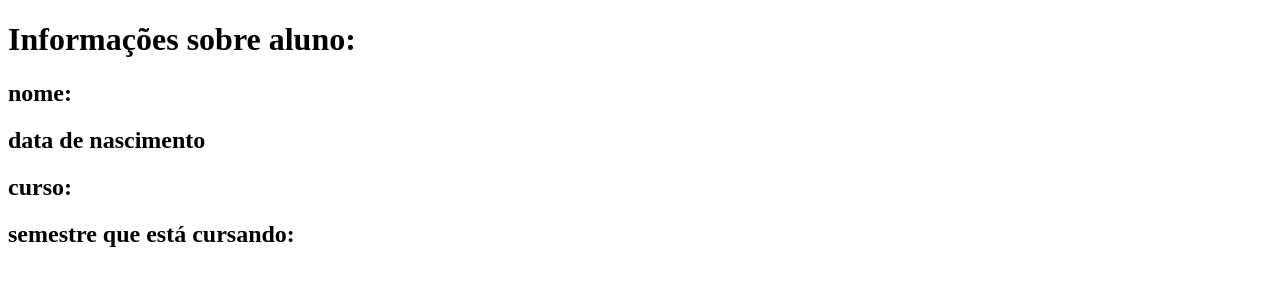
Repository: RodrigoModesto33/Estudos-JavaWeb
Page: CatalogoDeFilmes/WebContent/info-aluno.html
An editor plug-in stored every save of this project. The page is shown before and after the next save, followed by the edit.
The browser window is 1280 px wide. The pictures show the whole page.

Above is the page before, as saved 2021-02-21 19:01:36.

After the next save:
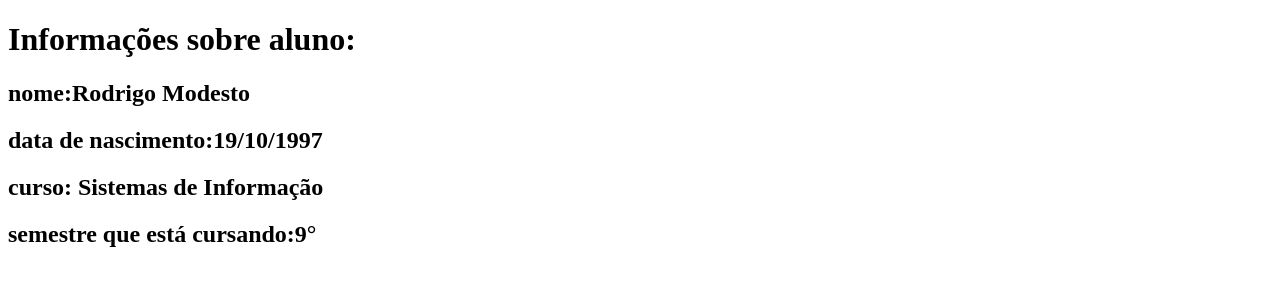
Saved 60 s later.
--- a/CatalogoDeFilmes/WebContent/info-aluno.html
+++ b/CatalogoDeFilmes/WebContent/info-aluno.html
@@ -6,8 +6,9 @@
 </head>
 <body>
 <h1>Informações sobre aluno:</h1>
-<h2>nome:</h2> <h2>data de nascimento</h2>
-<h2> curso: </h2>
-<h2>semestre que está cursando:</h2>
+<h2>nome:Rodrigo Modesto</h2>
+<h2>data de nascimento:19/10/1997</h2>
+<h2> curso: Sistemas de Informação</h2>
+<h2>semestre que está cursando:9°</h2>
 </body>
 </html>
